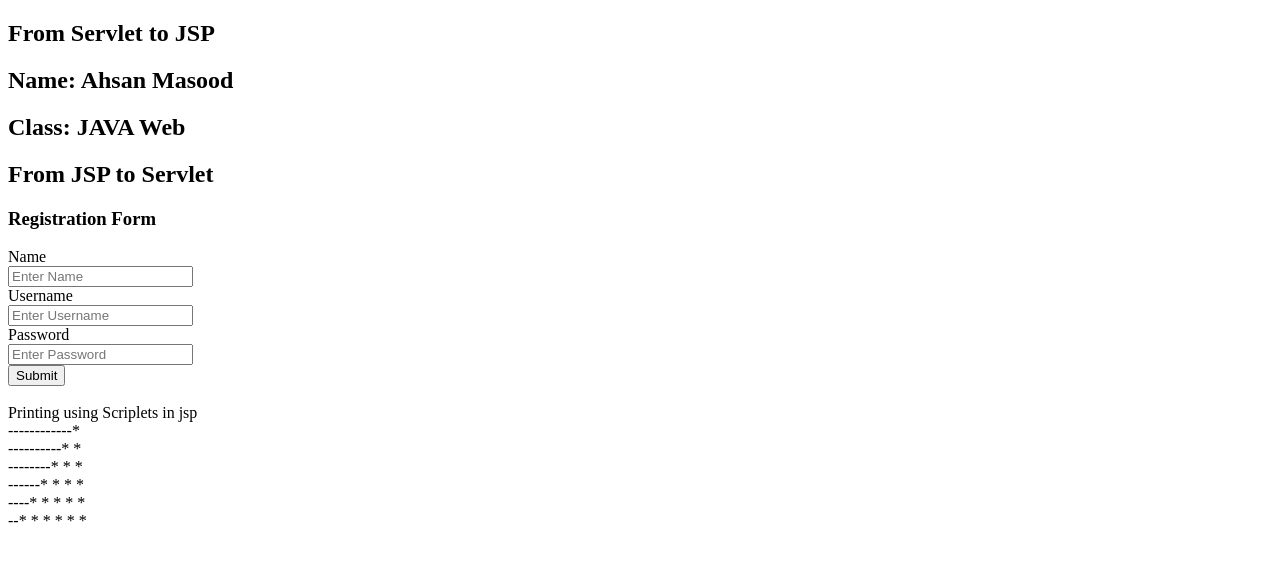
Repository: Ahsan-Masood98/Java-Web-Eng
Page: http://localhost/week2lab/helloworld
An editor plug-in stored every save of this project. The page is shown before and after the next save, followed by the edit.
The browser window is 1280 px wide. The pictures show the whole page.
The page is served by Tomcat 9.

Above is the page before, as saved 2022-09-21 13:52:28.

### eclipse-workplace/week2lab/src/main/webapp/index.jsp
<%@ page language="java" contentType="text/html; charset=ISO-8859-1" pageEncoding="ISO-8859-1"%>
<!DOCTYPE html>
<html>
<head>
<meta charset="ISO-8859-1">
<title>Week 2 Lab</title>
</head>
<body>
	<h2>From Servlet to JSP</h2>
	<h2>Name: ${name}</h2>
	<h2>Class: ${course}</h2>
	<h2>From JSP to Servlet</h2>
	<h3>Registration Form</h3>
	<form action="helloworld" method ="post">
	<label>Name</label><br/>
	<input type=text name="name" placeholder="Enter Name"/><br/>
	<label>Username</label><br/>
	<input type=text name="username" placeholder="Enter Username"/><br/>
	<label>Password</label><br/>
	<input type=password name="password" placeholder="Enter Password"/><br/>
	<button type="submit">Submit</button>
	</form>
	<br>
	<% out.print("Printing using Scriplets in jsp"); %>
	<br>
	<%
		int i,j, row=6;
		for(i=0; i< row; i++){
			for (j = 2*(row - i); j > 0; j--)
	               out.print("-");
	  		for( j=0; j<=i; j++)
				out.println("*");
			out.print("<br/>");
		}
		out.print("<br/>");
	%>
</body>
</html>

### eclipse-workplace/week2lab/src/main/java/com/ahsan/helloworld.java
package com.ahsan;

import java.io.IOException;
import java.io.PrintWriter;

import javax.servlet.RequestDispatcher;
import javax.servlet.ServletException;
import javax.servlet.annotation.WebServlet;
import javax.servlet.http.HttpServlet;
import javax.servlet.http.HttpServletRequest;
import javax.servlet.http.HttpServletResponse;

/**
 * Servlet implementation class helloworld
 */
@WebServlet("/helloworld")
public class helloworld extends HttpServlet {
	private static final long serialVersionUID = 1L;

    /**
     * Default constructor.
     */
    public helloworld() {
        // TODO Auto-generated constructor stub
    }

	/**
	 * @see HttpServlet#doGet(HttpServletRequest request, HttpServletResponse response)
	 */
	protected void doGet(HttpServletRequest request, HttpServletResponse response) throws ServletException, IOException {
		// TODO Auto-generated method stub
		response.getWriter().append("Served at: ").append(request.getContextPath());

		String destination ="index.jsp";
		RequestDispatcher requestDispatcher = request.getRequestDispatcher(destination);
		String name = "Ahsan Masood";
		request.setAttribute("name", name);
		String course = "JAVA Web";
		request.setAttribute("course", course);
		requestDispatcher.forward(request, response);
		// or request.getRequestDispatcher("index.js").forward(request, response);
	}

	/**
	 * @see HttpServlet#doPost(HttpServletRequest request, HttpServletResponse response)
	 */
	protected void doPost(HttpServletRequest request, HttpServletResponse response) throws ServletException, IOException {
		// TODO Auto-generated method stub
		doGet(request, response);
		response.setContentType("Text/HTML");
		String name = request.getParameter("name");
		String username = request.getParameter("username");
		String password = request.getParameter("password");
		PrintWriter out = response.getWriter();
		out.println("<h1> Name: " + name + "</h1> <br/> <h1> Username: " + username + "</h1> <br/>");
	}

}

After the next save:
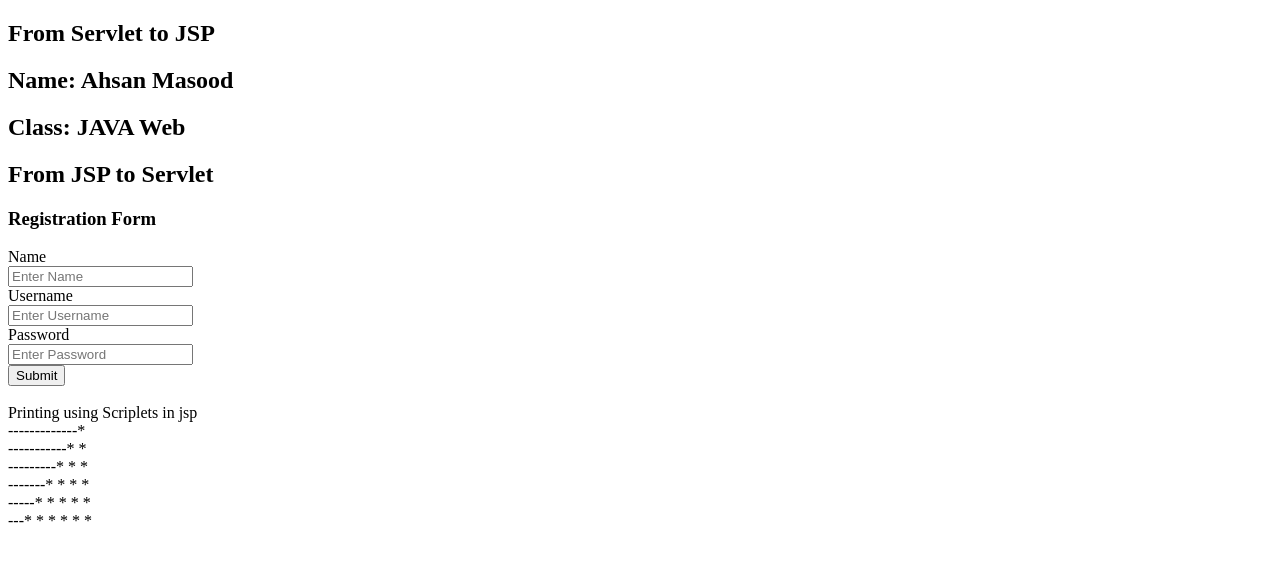
Saved 23 s later.
--- a/eclipse-workplace/week2lab/src/main/webapp/index.jsp
+++ b/eclipse-workplace/week2lab/src/main/webapp/index.jsp
@@ -26,7 +26,7 @@
 	<%
 		int i,j, row=6;
 		for(i=0; i< row; i++){
-			for (j = 2*(row - i); j > 0; j--)
+			for (j = 2*(row - i); j >= 0; j--)
 	               out.print("-");
 	  		for( j=0; j<=i; j++)
 				out.println("*");
